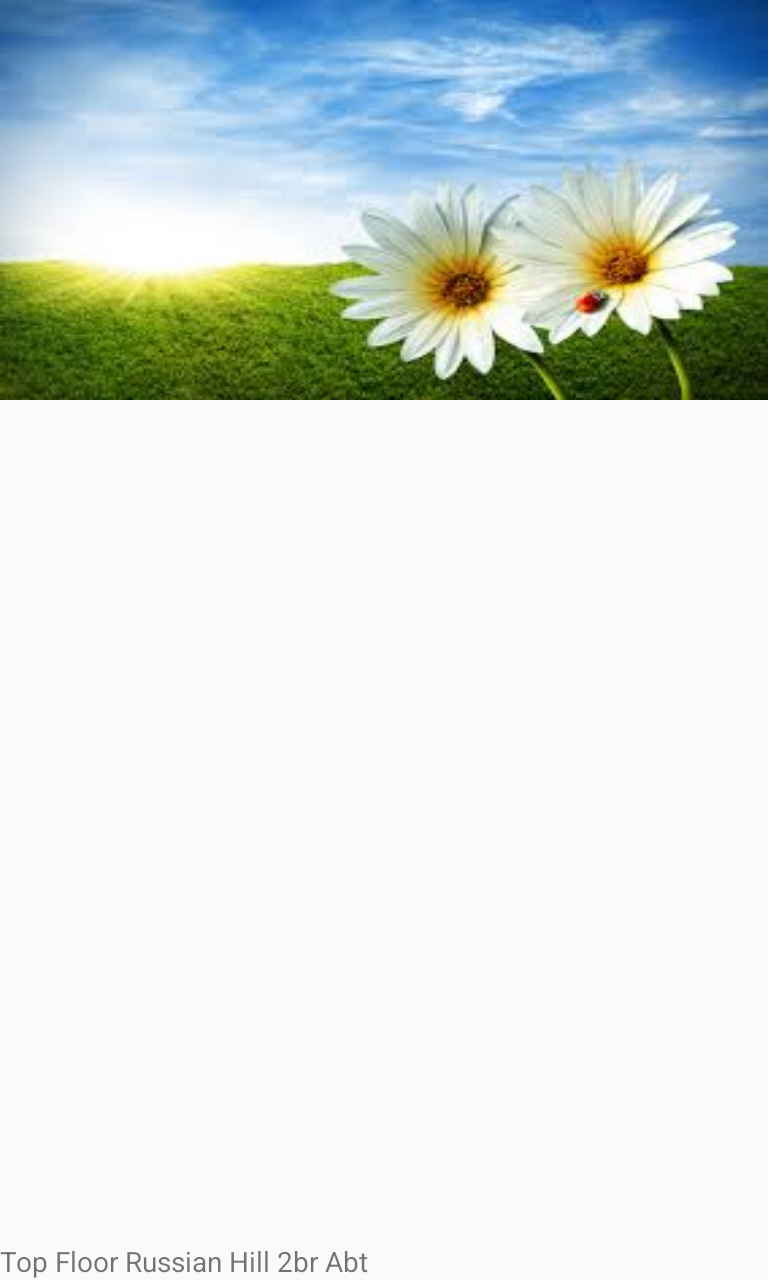
Repository: adarshnair13/my-project
Layout: example8/res/layout/activity_main.xml
These files come from the project's save history. The layout is drawn as it stood at one moment and after the next save; the edit follows.
It is drawn on a 768 x 1280 px phone screen (xhdpi) without system bars, with theme AppTheme; the app's code is not run.

Above is the layout before, as saved 2015-02-05 08:32:20.

After the next save:
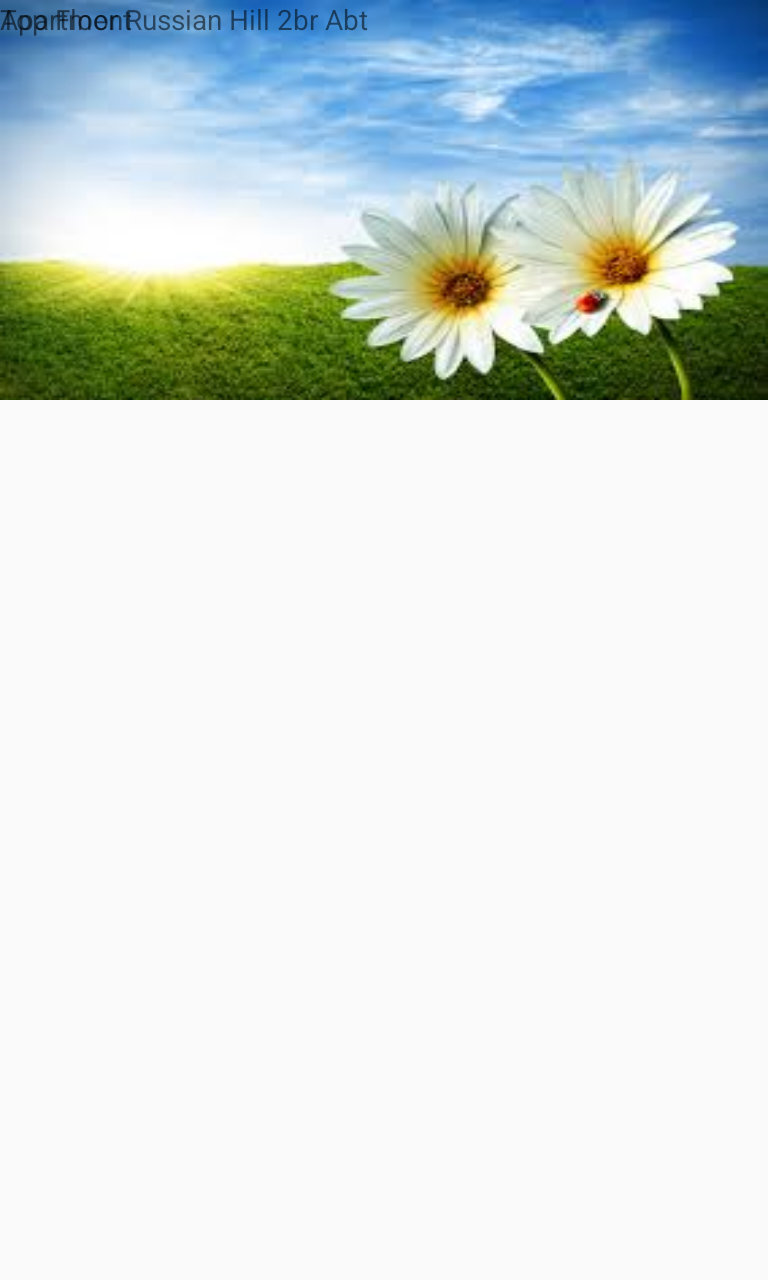
Saved 2 min 47 s later.
--- a/example8/res/layout/activity_main.xml
+++ b/example8/res/layout/activity_main.xml
@@ -15,7 +15,12 @@
         android:id="@+id/textView1"
         android:layout_width="wrap_content"
         android:layout_height="wrap_content"
-        android:layout_alignParentBottom="true"
         android:text="Top Floor Russian Hill 2br Abt" />
 
+    <TextView
+        android:id="@+id/textView2"
+        android:layout_width="wrap_content"
+        android:layout_height="wrap_content"
+        android:text="Apartment" />
+
 </RelativeLayout>
